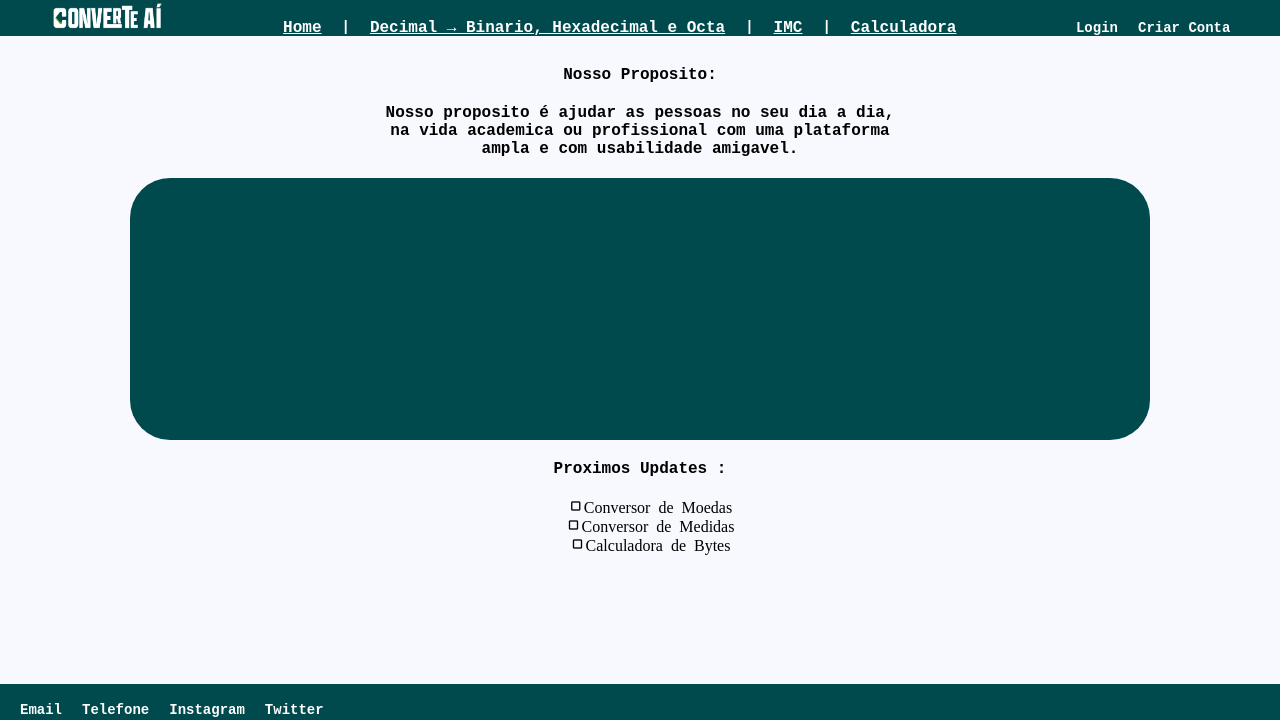
Repository: Frav1u/converteai
Page: ConverteAi/src/main/webapp/home.html
An editor plug-in stored every save of this project. The page is shown before and after the next save, followed by the edit.
The browser window is 1280 px wide. The pictures show the whole page.
Some web fonts or font styles are not loaded; a fallback is used.

Above is the page before, as saved 2023-10-02 21:55:57.

After the next save:
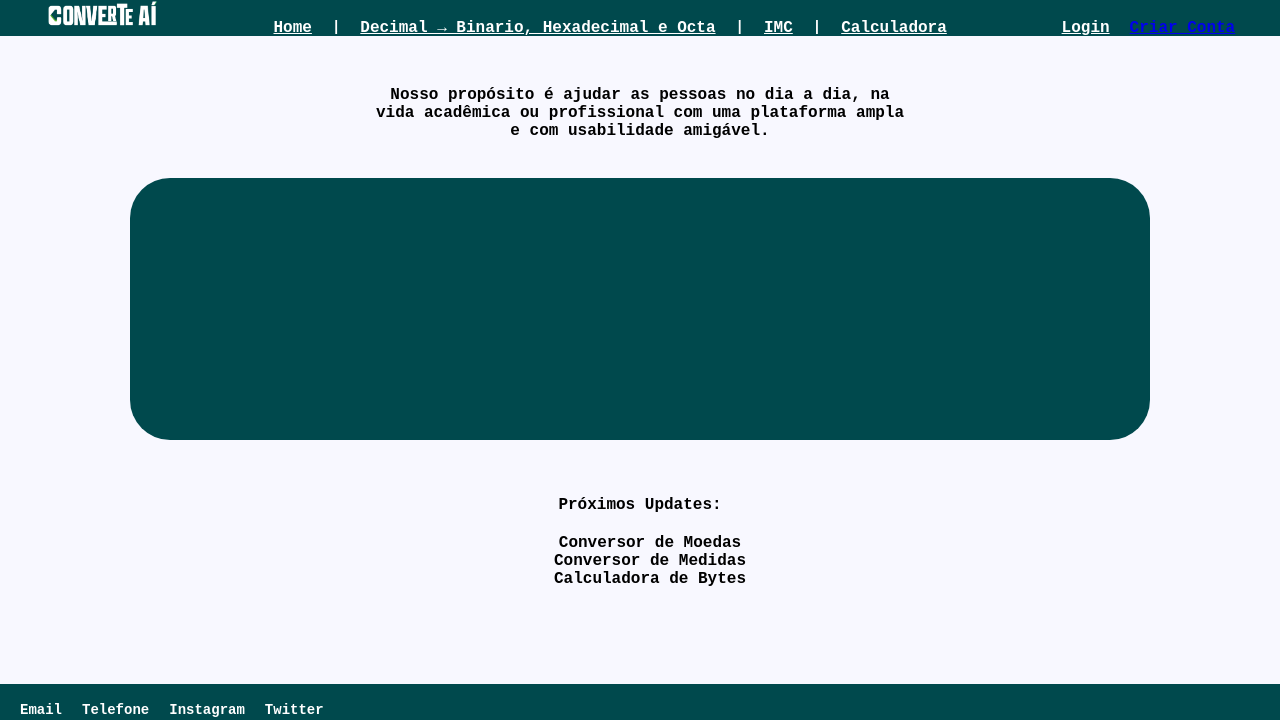
Saved 17 s later.
--- a/ConverteAi/src/main/webapp/home.html
+++ b/ConverteAi/src/main/webapp/home.html
@@ -11,7 +11,7 @@
 </head>
 <body>
 	<header>
-	<img class="img" src="logo.png">
+        <a href="home.html"><img class="img" src="logo.png"></a>
 
 		<nav>
 			<ul class="menu">
@@ -25,21 +25,20 @@
 			</ul>
 		</nav>
 		<ul class="conta">
-			<li>Login</li>
-			<li>Criar Conta</li>
+            <li><a href="login.html" style="color: white;">Login</a></li>
+			<li><a href="cadastro.html">Criar Conta</a></li>
 		</ul>
 	</header>
 	<main>
-		<h1 class="tituloProposito">Nosso Proposito: </h1>
-		<p class="proposito">Nosso proposito é ajudar as pessoas no seu dia a dia, na vida academica ou profissional com uma plataforma ampla e com usabilidade amigavel.</p>
+		<h1 class="proposito">Nosso propósito é ajudar as pessoas no dia a dia, na vida acadêmica ou profissional com uma plataforma ampla e com usabilidade amigável.</h1><br>
 			<section class="gif">
 			<img  src="Composicao_1.gif">
-			</section>
-		<h2> Proximos Updates :</h2>
+			</section><br><br>
+		<h2> Próximos Updates: </h2>
 	<ul class="updates">
-			<li><i class='bx bx-checkbox'>Conversor de Moedas</i></li>
-			<li><i class='bx bx-checkbox'>Conversor de Medidas</i></li>
-			<li><i class='bx bx-checkbox'>Calculadora de Bytes</i></li>
+			<li><p  style="color:black">Conversor de Moedas</p></li>
+			<li><p style="color:black">Conversor de Medidas</p></li>
+			<li><p style="color:black">Calculadora de Bytes</p></li>
 		</ul>
 
 	</main>
